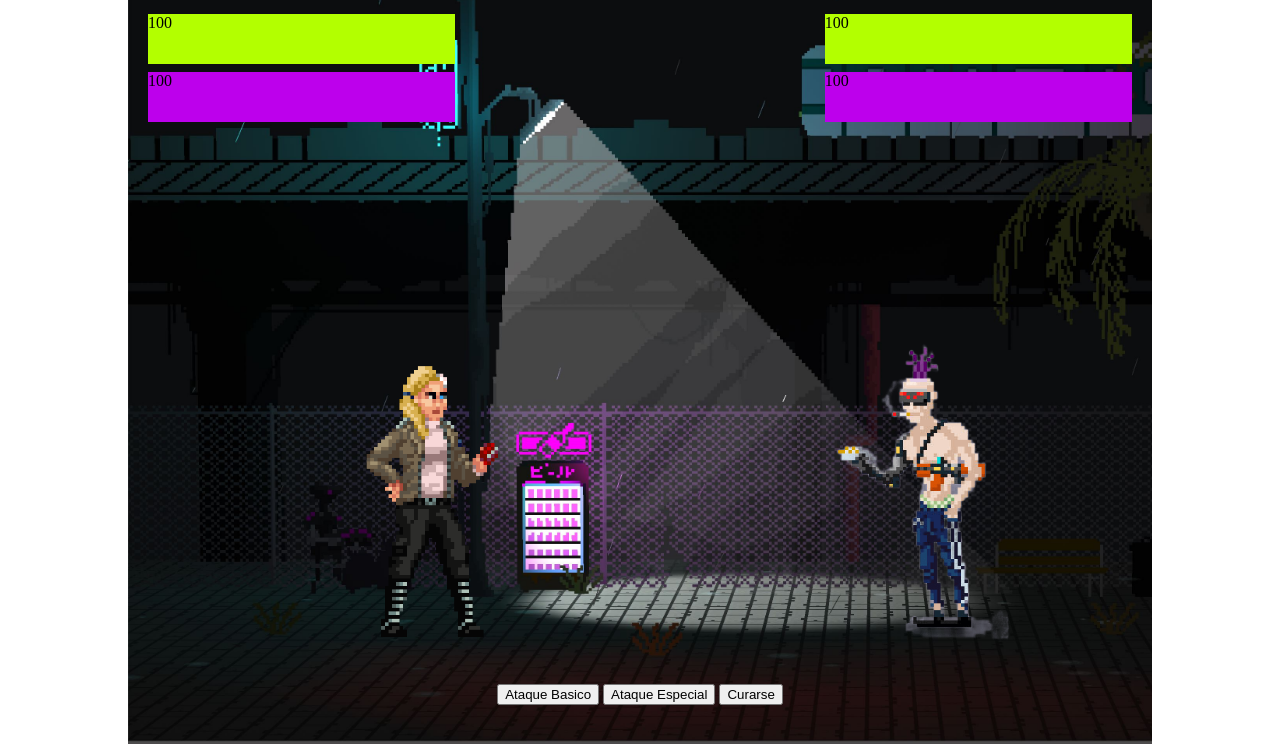
Repository: NovaDuel/novaduel-game
Page: index.html
The author's editor kept a copy of each file at every save. The page is drawn from the files as they stood at one save, then again after the next save.
The browser window is 1280 px wide. The pictures show the whole page.

Above is the page before, as saved 2024-03-25 16:16:51.

### index.html
<!DOCTYPE html>
<html lang="en">
<head>
    <meta charset="UTF-8">
    <meta name="viewport" content="width=device-width, initial-scale=1.0">
    <link rel="stylesheet" href="style.css">
    <script src="main.js" defer></script>
    <title>NovaDuel</title>
</head>
<body>
    <div id="main-container">
        <div id="status">
            <div class="bars-wrapper">
                <div id="health-player" class="health"></div>
                <div id="stamina-player" class="stamina"></div>
            </div>
            <div class="bars-wrapper">
                <div id="health-enemy" class="health"></div>
                <div id="stamina-enemy" class="stamina"></div>
            </div>
        </div>
        <div id="characters">
            <div id="player" class="pj"></div>
            <div id="enemy" class="pj"></div>
        </div>
        <div id="actions">
            <div id="buttons">
                <button id="basic-attack" class="btn">Ataque Basico</button>
                <button id="special-attack" class="btn">Ataque Especial</button>
                <button id="heal-action" class="btn">Curarse</button>
            </div>
        </div>
    </div>
</body>
</html>

### style.css
body {
    margin: 0;
    padding: 0;
    height: 100vh;
    display: flex;
    align-items: center;
    justify-content: center;
}

#main-container {
    width: 1024px;
    height: 768px;
    background-size: cover;
    background-image: url(./images/scenario.jpg);
}

#status {
    display: flex;
    justify-content: space-between;
    width: 100%;
    height: 27%;
}

.bars-wrapper {
    display: flex;
    flex-direction: column;
    justify-content: space-evenly;
    align-items: left;
    width: 30%;
    height: 60%;
    margin-top: 30px;
    padding: 0 20px;
}

.health {
    width: 100%;
    height: 40%;
    background-color: rgb(179, 255, 0);
}

.stamina {
    width: 100%;
    height: 40%;
    background-color: rgb(189, 0, 236)
}

#characters {
    display: flex;
    align-items: end;
    justify-content: space-around;
    width: 100%;
    height: 60%;
}

.pj {
    height: 70%;
    width: 25%;
}

#player {
    background-position-x: 110px;
    background-position-y: 40px;
    background-size: 250%;
    background-repeat: no-repeat;
    background-image: url(./images/player.png)
}

#enemy {
    background-position-x: -80px;
    background-position-y: -80px;
    background-size: 200%;
    background-repeat: no-repeat;
    background-image: url(./images/enemy.png)
}

#actions {
    height: 13%;
    display: flex;
    align-items: center;
    justify-content: center;
}

### main.js
const selector = selector => document.querySelector(selector);
const selectAll = selector => document.querySelectorAll(selector);

function Player (health, stamina, strength) {
    this.health = health;
    this.stamina = stamina;
    this.strength = strength;
    this.attackPlayer = function() {
        return this.strength;
    },
    this.specialAttackPlayer = function() {
        if (this.stamina >= 10) {
            this.stamina -= 10;
            return this.strength + 10 * Math.round(Math.random() * 3);
        }
    },
    this.receiveDamage = function(damage) {
        this.health -= damage;
    }
    this.healing = function() {
        if (this.stamina >= 20) {
            this.stamina -= 20;
            this.health += 50;
        }
    }
}


function Enemy (health, stamina, strength) {
    this.health = health;
    this.stamina = stamina;
    this.strength = strength;
    this.attackEnemy = function() {
        return this.strength;
    },
    this.specialAttackEnemy = function() {
        if (this.stamina >= 10) {
            this.stamina -= 10;
            return this.strength + 10 * Math.round(Math.random() * 3);
        }
    },
    this.receiveDamage = function (damage) {
        this.health -= damage;
    },
    this.healing = function() {
        if (this.stamina >= 20) {
            this.stamina -= 20;
            this.health += 50;
        }
    }
}

function Game() {

}

let player = new Player(100, 100, 20);
let enemy = new Enemy(100, 100, 18);
selector('#health-player').textContent = player.health;
selector('#stamina-player').textContent = player.stamina;
selector('#health-enemy').textContent = enemy.health;
selector('#stamina-enemy').textContent = enemy.stamina;

function actionsEnemy() {
    if (enemy.stamina >= 10) {
        if (enemy.health === 100) {
            let randomAction = Math.floor(Math.random() * 2);
            switch(randomAction) {
                case 0:
                    let enemyStrength = enemy.attackEnemy();
                    player.receiveDamage(enemyStrength);
                    selector("#health-player").style.width = `${player.health}%`;
                    selector('#health-player').textContent = player.health;
                    break;
                case 1:
                    let specialEnemyStrength = enemy.specialAttackEnemy();
                    player.receiveDamage(specialEnemyStrength);
                    selector("#health-player").style.width = `${player.health}%`;
                    selector("#stamina-enemy").style.width = `${enemy.stamina}%`;
                    selector('#health-player').textContent = player.health;
                    selector('#stamina-enemy').textContent = enemy.stamina;
                    break;
            }
        } else {
            let randomAction = Math.floor(Math.random() * 3);
            switch(randomAction) {
                case 0:
                    let enemyStrength = enemy.attackEnemy();
                    player.receiveDamage(enemyStrength);
                    selector("#health-player").style.width = `${player.health}%`;
                    selector('#health-player').textContent = player.health;
                    break;
                case 1:
                    let specialEnemyStrength = enemy.specialAttackEnemy();
                    player.receiveDamage(specialEnemyStrength);
                    selector("#health-player").style.width = `${player.health}%`;
                    selector("#stamina-enemy").style.width = `${enemy.stamina}%`;
                    selector('#health-player').textContent = player.health;
                    selector('#stamina-enemy').textContent = enemy.stamina;
                    break;
                case 2:
                    enemy.healing();
                    selector("#stamina-enemy").style.width = `${enemy.stamina}%`;
                    selector('#stamina-enemy').textContent = enemy.stamina;
                    selector('#health-enemy').textContent = enemy.health;
                    break;
            }
        }

    } else {
        let enemyStrength = enemy.attackEnemy();
        player.receiveDamage(enemyStrength);
        selector("#health-player").style.width = `${player.health}%`;
        selector('#health-player').textContent = player.health;
    }
}

let buttons = selectAll(".btn");

selector('#basic-attack').addEventListener('click', function() {
    let playerStrength = player.attackPlayer();
    enemy.receiveDamage(playerStrength);
    buttons.forEach(button => {
        button.setAttribute("disabled", "")
    })
    selector("#health-enemy").style.width = `${enemy.health}%`;
    selector('#health-enemy').textContent = enemy.health;
    setTimeout(actionsEnemy, 500);
    setTimeout(function() {
        buttons.forEach(button => {
            button.removeAttribute("disabled", "")
        });
    }, 1000)
    selector('#health-player').textContent = player.health;
    stateHealth();
});
selector('#special-attack').addEventListener('click', function() {
    let playerStrength = player.specialAttackPlayer();
    enemy.receiveDamage(playerStrength);
    buttons.forEach(button => {
        button.setAttribute("disabled", "")
    })
    selector("#health-enemy").style.width = `${enemy.health}%`;
    selector('#health-enemy').textContent = enemy.health;
    selector("#stamina-player").style.width = `${player.stamina}%`;
    selector('#stamina-player').textContent = player.stamina;
    setTimeout(actionsEnemy, 500);
    setTimeout(function() {
        buttons.forEach(button => {
            button.removeAttribute("disabled", "")
        })
    }, 1000)
    stateHealth();
});
selector('#heal-action').addEventListener('click', function() {
    if (player.health >= 100 || player.stamina === 0) {
        alert("No puedes curarte ahora mismo")
    } else {
        player.healing();
        buttons.forEach(button => {
            button.setAttribute("disabled", "")
        })
        selector("#stamina-player").style.width = `${player.stamina}%`;
        selector('#stamina-player').textContent = player.stamina;
        selector('#health-player').textContent = player.health;
        setTimeout(actionsEnemy, 500);
        setTimeout(function() {
            buttons.forEach(button => {
                button.removeAttribute("disabled", "")
            })
        }, 1000)
        stateHealth();
    }
});


function stateHealth() {
    if(enemy.health === 0 || enemy.health < 0) {
        console.log('YOU WIN');
    }
    if (player.health === 0 || player.health < 0) {
        console.log('GAME OVER');
    }
}

After the next save:
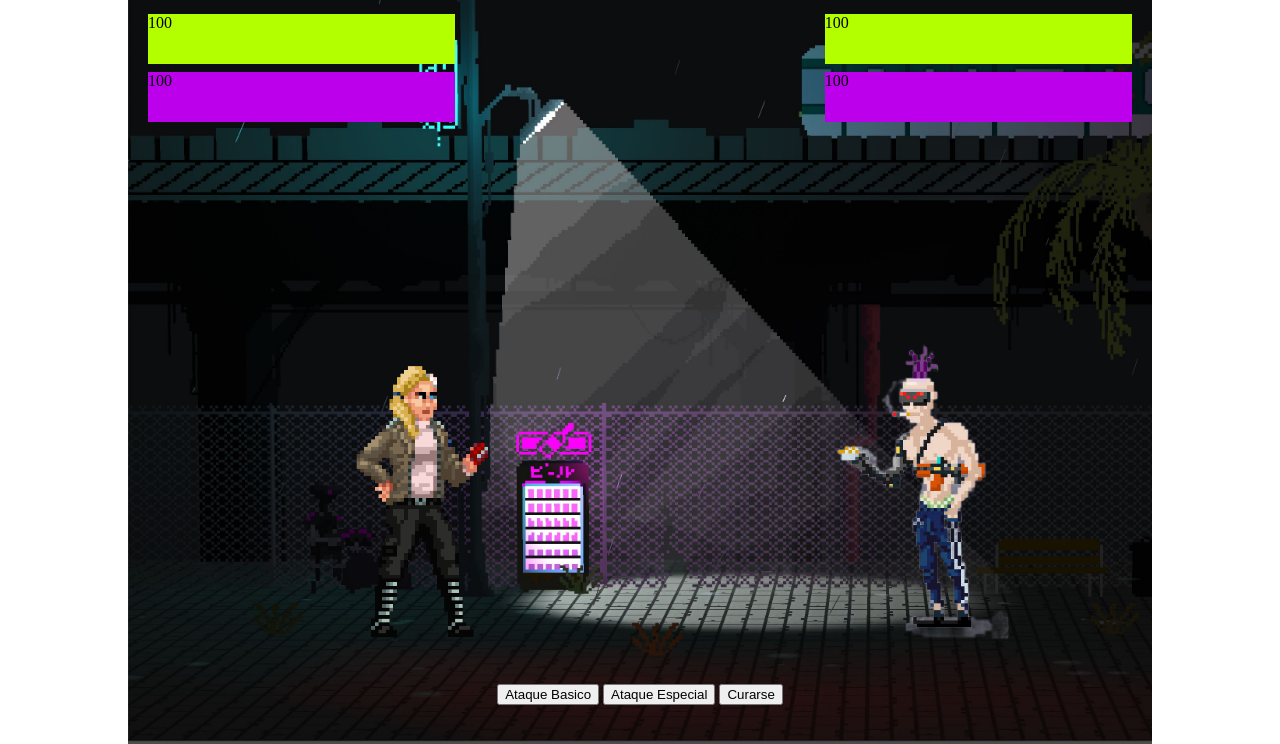
Saved 5 s later.
--- a/style.css
+++ b/style.css
@@ -58,7 +58,7 @@ body {
 }
 
 #player {
-    background-position-x: 110px;
+    background-position-x: 100px;
     background-position-y: 40px;
     background-size: 250%;
     background-repeat: no-repeat;
